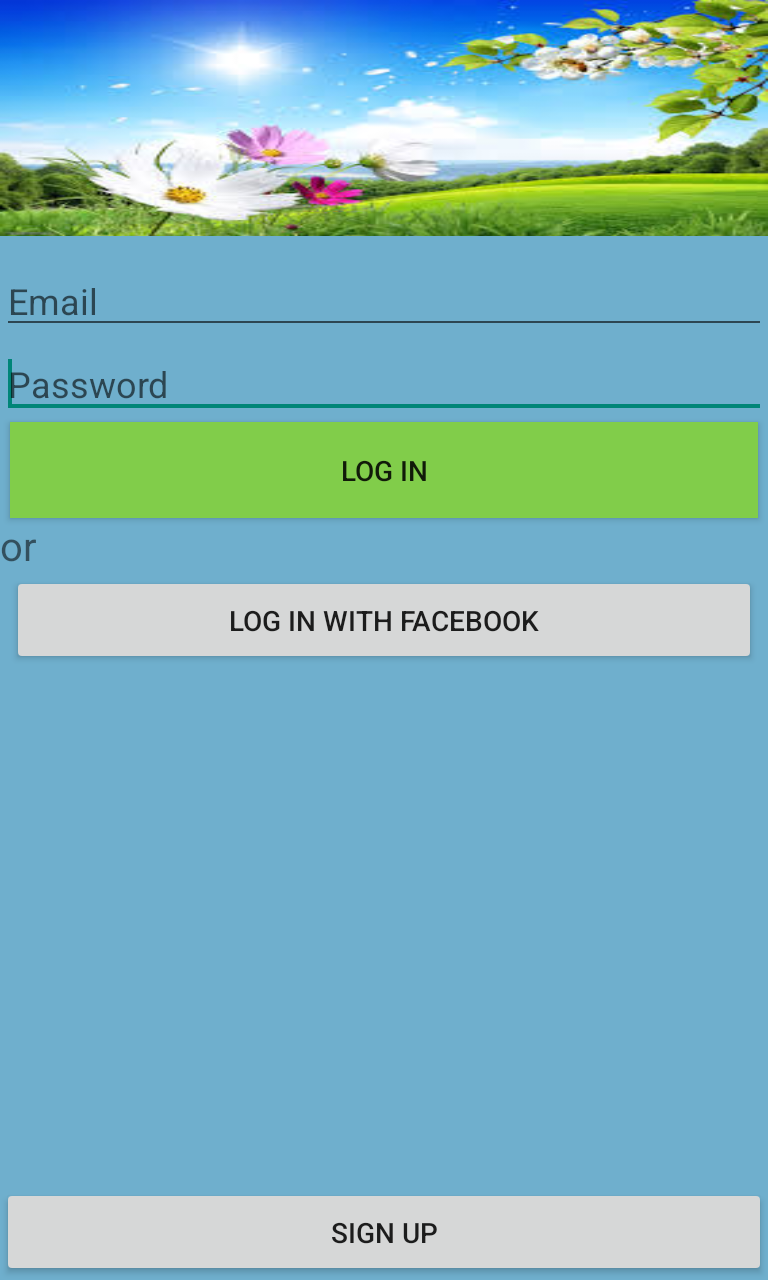
Repository: adarshnair13/my-project
Layout: ash/res/layout/activity_main.xml
An editor plug-in stored every save of this project. The layout is shown before and after the next save, followed by the edit.
It is drawn on a 768 x 1280 px phone screen (xhdpi) without system bars, with theme AppTheme; the app's code is not run.

Above is the layout before, as saved 2015-02-02 23:27:28.

After the next save:
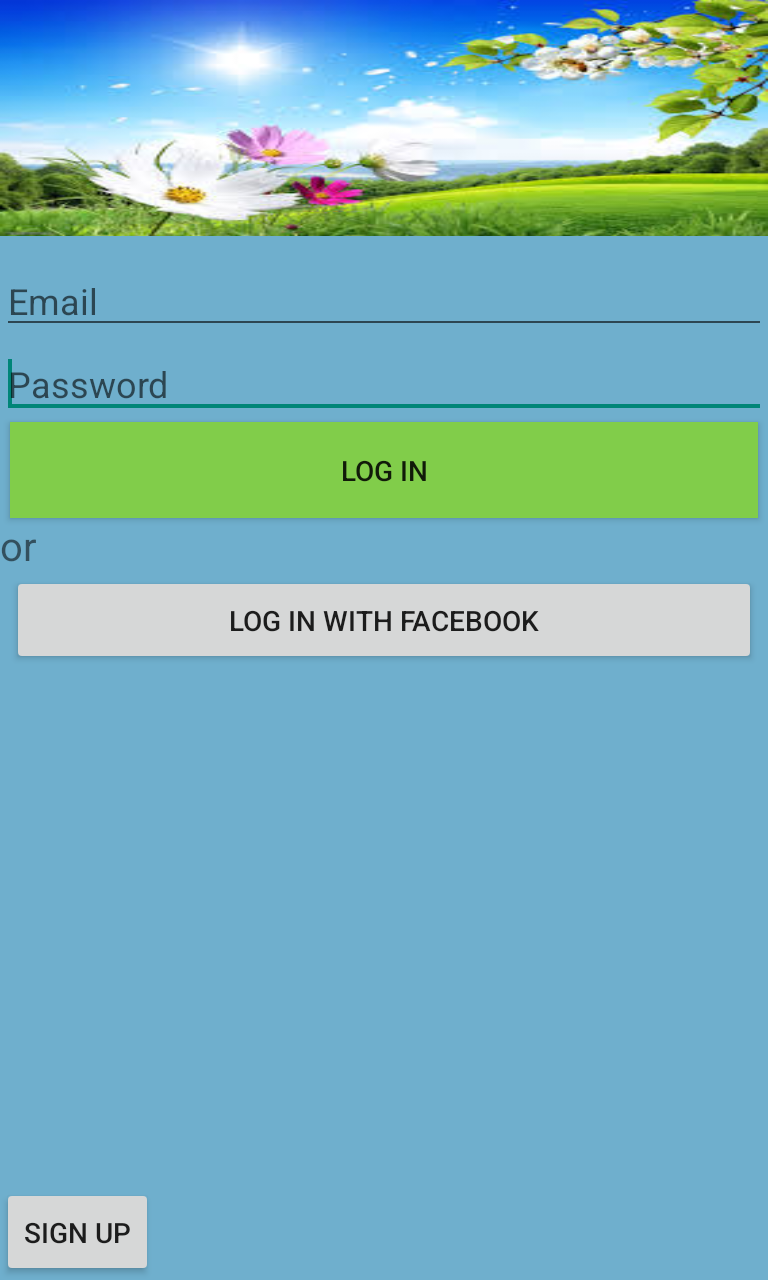
Saved 41 s later.
--- a/ash/res/layout/activity_main.xml
+++ b/ash/res/layout/activity_main.xml
@@ -20,10 +20,9 @@
     <Button
         android:id="@+id/button4"
         style="?android:attr/buttonStyleSmall"
-        android:layout_width="match_parent"
+        android:layout_width="wrap_content"
         android:layout_height="wrap_content"
         android:layout_alignParentBottom="true"
-        android:layout_alignParentRight="true"
         android:text="Sign Up" />
 
     <LinearLayout
